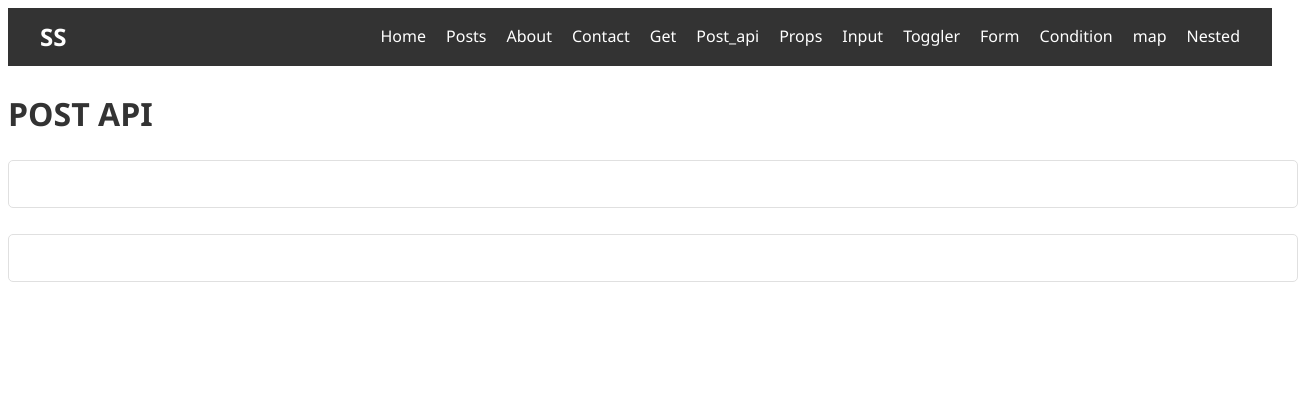
Repository: sshaiv/react_learn
Page: /postform
An editor plug-in stored every save of this project. The page is shown before and after a run of saves, followed by the edit.
The browser window is 1280 px wide. The page is 1298 px wide, so the pictures cover 1298 px, including what lies to the right of the window. The pictures show the whole page.
The project was rebuilt for these pictures with package versions that can differ from the ones it lists, and the page was loaded fresh each time. Also part of the build but not shown: src/components/Home.js, src/components/About.js, src/components/Contact.js, src/utils/data.js, src/components/Posts.js, src/components/PostDetails.js, src/components/Get.js, src/components/Users.js and 7 more.

Above is the page before, as saved 2024-07-07 20:13:48.

After the next 10 saves:
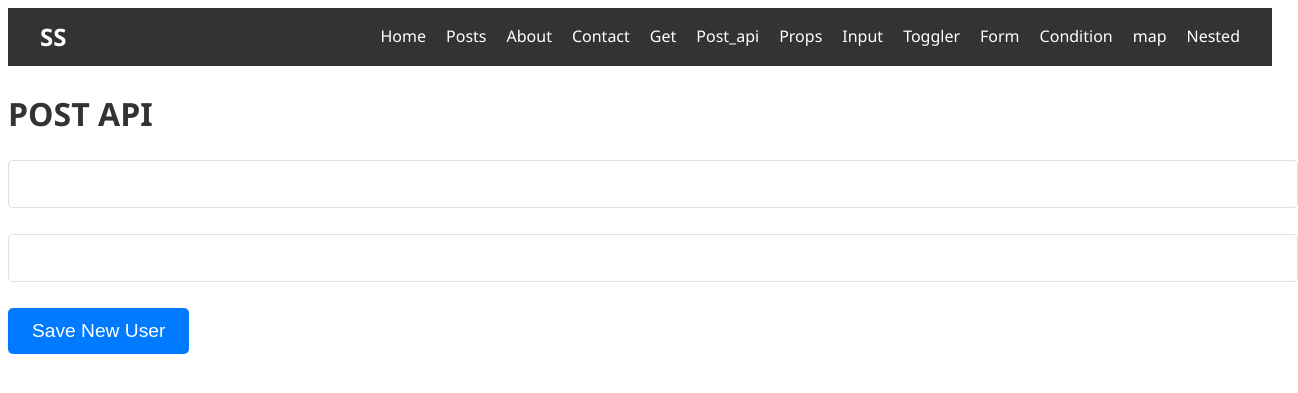
The 10 saves are shown as one change because they came seconds apart.
The last was saved 27 s later.
--- a/src/components/PostForm.js
+++ b/src/components/PostForm.js
@@ -11,7 +11,9 @@ const PostForm = () => {
     <div>
         <h1>POST API</h1>
         <input type="text" name="name" /> <br /><br />
-        <input type="text" name="email" /><br />
+        <input type="text" name="email" /><br /><br />
+
+        <button type="button"> Save New User</button>
 
     </div>
   );
